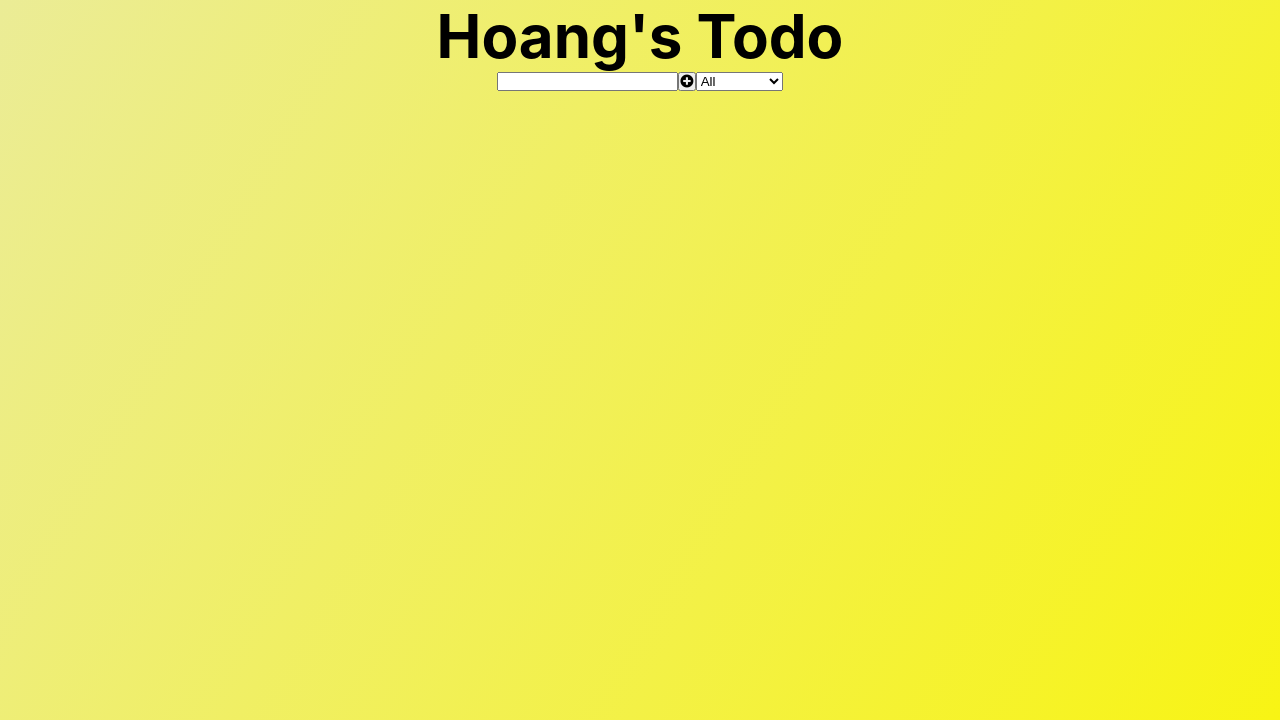
Repository: DinhHoang0607/TodoReact
Page: /
An editor plug-in stored every save of this project. The page is shown before and after a run of saves, followed by the edit.
The browser window is 1280 px wide. The pictures show the whole page.
Some web libraries are served in a nearby version. The project was rebuilt for these pictures with package versions that can differ from the ones it lists, and the page was loaded fresh each time.

Above is the page before, as saved 2021-09-09 20:00:15.

After the next 3 saves:
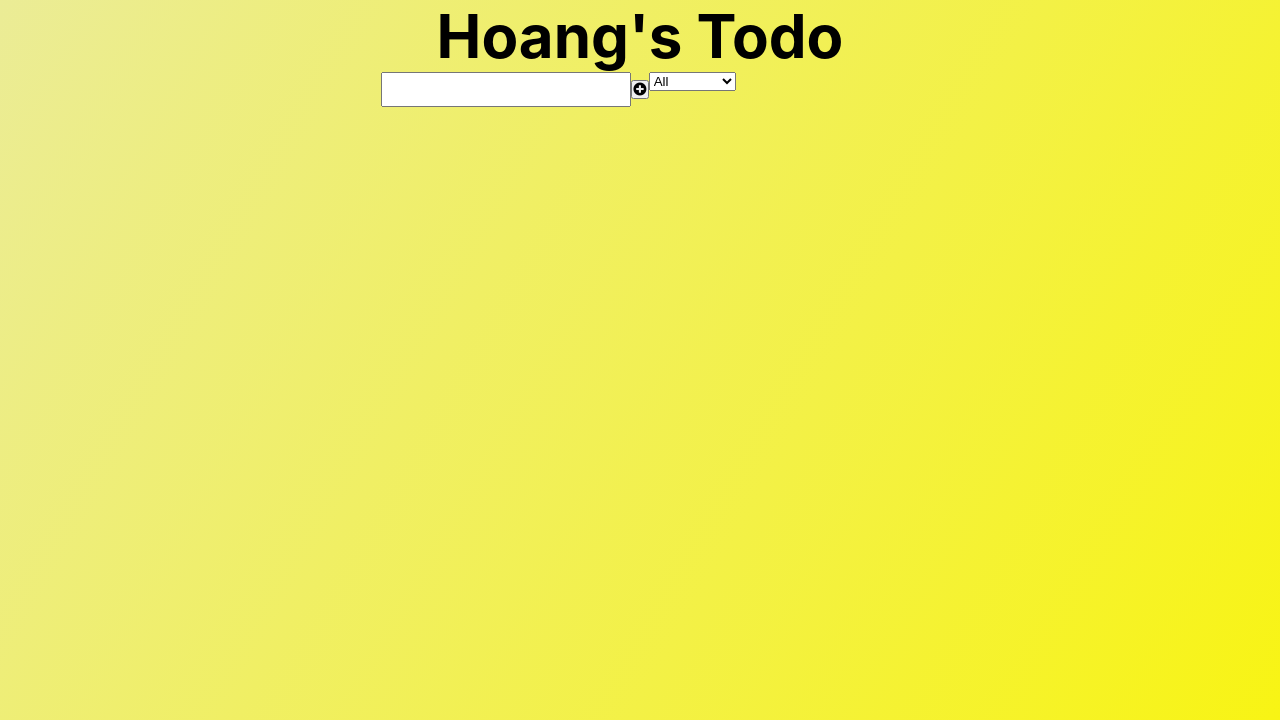
The 3 saves are shown as one change because they came seconds apart.
The last was saved 13 s later.
--- a/src/App.css
+++ b/src/App.css
@@ -23,7 +23,7 @@ form {
   justify-content: center;
   align-items: center;
 }
-.form__input .form__select{
+.form__input ,.form__select{
   width: 25rem;
   height: 3.5rem;
 }
